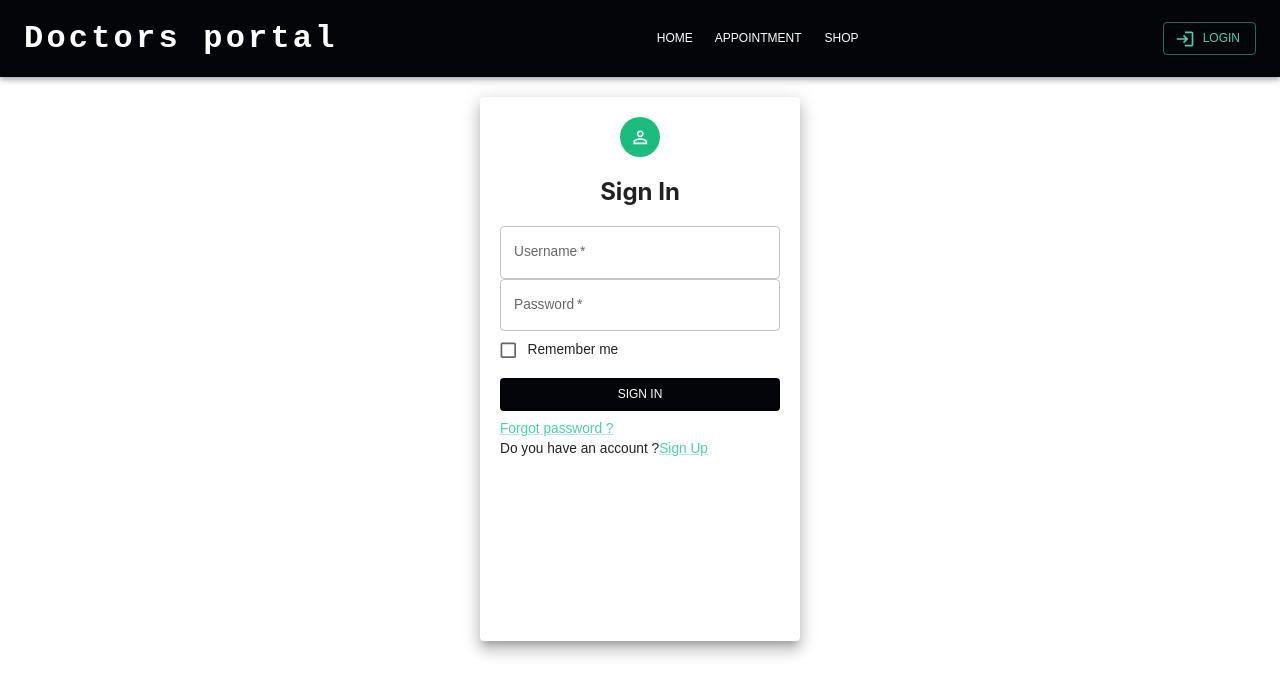
Repository: mdrubel02/health-care
Page: /login
These files come from the project's save history. The page is drawn as it stood at one moment and after the next save; the edit follows.
The browser window is 1280 px wide. The pictures show the whole page.
The project was rebuilt for these pictures with package versions that can differ from the ones it lists, and the page was loaded fresh each time. Also part of the build but not shown: src/Pages/Appointment/Appointment.js, src/Pages/Home/Banner/Banner.js, src/Pages/Home/Information/Information.js, src/Pages/Home/Services/Services.js, src/Pages/Home/Home.js, src/Animation/index.js, src/Styles/Product/index.js, src/Pages/Shop/ProductMeta.js and 3 more.

Above is the page before, as saved 2022-11-20 14:37:44.

### src/index.js
import React from 'react';
import ReactDOM from 'react-dom';
import './index.css';
import App from './App';
import reportWebVitals from './reportWebVitals';
import { ColorContextProvider } from './Theme/Theme';

ReactDOM.render(
  <React.StrictMode>
    <ColorContextProvider>
      <App />
    </ColorContextProvider>
  </React.StrictMode>,
  document.getElementById('root')
);

// If you want to start measuring performance in your app, pass a function
// to log results (for example: reportWebVitals(console.log))
// or send to an analytics endpoint. Learn more: https://bit.ly/CRA-vitals
reportWebVitals();

### src/App.js
import { RouterProvider } from 'react-router-dom';
import router from './Layout/router';

function App() {
  return (
    <div>
     <RouterProvider router={router}></RouterProvider>
    </div>
  );
}

export default App;

### src/Theme/Theme.js
import { createTheme, ThemeProvider } from "@mui/material";
import { createContext, useMemo, useState } from "react";

// color design tokens export
export const DrawerWidth = 250;
export const tokens = (mode) => ({
    ...(mode === "dark"
        ? {
            grey: {
                100: "#e0e0e0",
                200: "#c2c2c2",
                300: "#a3a3a3",
                400: "#858585",
                500: "#666666",
                600: "#525252",
                700: "#3d3d3d",
                800: "#292929",
                900: "#141414",
            },
            primary: {
                100: "#d0d1d5",
                200: "#a1a4ab",
                300: "#727681",
                400: "#1F2A40",
                500: "#141b2d",
                600: "#101624",
                700: "#0c101b",
                800: "#080b12",
                900: "#040509",
            },
            greenAccent: {
                100: "#dbf5ee",
                200: "#b7ebde",
                300: "#94e2cd",
                400: "#70d8bd",
                500: "#4cceac",
                600: "#3da58a",
                700: "#2e7c67",
                800: "#1e5245",
                900: "#0f2922",
            },
            redAccent: {
                100: "#f8dcdb",
                200: "#f1b9b7",
                300: "#e99592",
                400: "#e2726e",
                500: "#db4f4a",
                600: "#af3f3b",
                700: "#832f2c",
                800: "#58201e",
                900: "#2c100f",
            },
            blueAccent: {
                100: "#e1e2fe",
                200: "#c3c6fd",
                300: "#a4a9fc",
                400: "#868dfb",
                500: "#6870fa",
                600: "#535ac8",
                700: "#3e4396",
                800: "#2a2d64",
                900: "#151632",
            },
        }
        : {
            grey: {
                100: "#141414",
                200: "#292929",
                300: "#3d3d3d",
                400: "#525252",
                500: "#666666",
                600: "#858585",
                700: "#a3a3a3",
                800: "#c2c2c2",
                900: "#e0e0e0",
            },
            primary: {
                100: "#040509",
                200: "#080b12",
                300: "#0c101b",
                400: "#f2f0f0", // manually changed
                500: "#141b2d",
                600: "#1F2A40",
                700: "#727681",
                800: "#a1a4ab",
                900: "#d0d1d5",
            },
            greenAccent: {
                100: "#0f2922",
                200: "#1e5245",
                300: "#2e7c67",
                400: "#3da58a",
                500: "#4cceac",
                600: "#70d8bd",
                700: "#94e2cd",
                800: "#b7ebde",
                900: "#dbf5ee",
            },
            redAccent: {
                100: "#2c100f",
                200: "#58201e",
                300: "#832f2c",
                400: "#af3f3b",
                500: "#db4f4a",
                600: "#e2726e",
                700: "#e99592",
                800: "#f1b9b7",
                900: "#f8dcdb",
            },
            blueAccent: {
                100: "#151632",
                200: "#2a2d64",
                300: "#3e4396",
                400: "#535ac8",
                500: "#6870fa",
                600: "#868dfb",
                700: "#a4a9fc",
                800: "#c3c6fd",
                900: "#e1e2fe",
            },
        }),
});

// mui theme settings
export const themeSettings = (mode) => {
    const colors = tokens(mode);
    return {
        palette: {
            mode: mode,
            ...(mode === "dark"
                ? {
                    // palette values for dark mode
                    primary: {
                        main: colors.primary[500],
                    },
                    secondary: {
                        main: colors.greenAccent[500],
                    },
                    neutral: {
                        dark: colors.grey[700],
                        main: colors.grey[500],
                        light: colors.grey[100],
                    },
                    background: {
                        default: colors.primary[500],
                    },
                }
                : {
                    // palette values for light mode
                    primary: {
                        main: colors.primary[100],
                    },
                    secondary: {
                        main: colors.greenAccent[500],
                    },
                    neutral: {
                        dark: colors.grey[700],
                        main: colors.grey[500],
                        light: colors.grey[100],
                    },
                    background: {
                        default: "#fcfcfc",
                    },
                }),
        },
        components: {

            MuiButton: {
                defaultProps: {
                    disableRipple: true,
                    disableElevation: true,
                    styleOverrides: {
                        textDecoration: 'none',
                        "&:hover": {
                            color: "#fff"
                        }
                    },
                },
                MuiTooltip: {
                    defaultProps: {
                      arrow: true,
                    },
                    styleOverrides: {
                      tooltip: {
                        background: '',
                      },
                      arrow: {
                        color: '',
                      },
                    },
                  },
            },
            MuiDrawer: {
                styleOverrides: {
                  paper: {
                    width: DrawerWidth,
                    background: '',
                    color: '',
                    borderRadius: '0px 100px 0px 0px',
                    borderRight: `1px solid `
                  }
                }
              },
              MuiDivider: {
                styleOverrides: {
                  root: {
                    borderColor: 'gray'
                  }
                }
              },
        },
        typography: {
            fontFamily: ["Source Sans Pro", "sans-serif"].join(","),
            fontSize: 12,
            h1: {
                fontFamily: ["Source Sans Pro", "sans-serif"].join(","),
                fontSize: 40,
            },
            h2: {
                fontFamily: ["Source Sans Pro", "sans-serif"].join(","),
                fontSize: 32,
            },
            h3: {
                fontSize: '1.3rem',
                letterSpacing: '0rem',
                '@media (min-width:600px)': {
                  fontSize: '2rem',
                },
            },
            h4: {
                fontFamily: ["Source Sans Pro", "sans-serif"].join(","),
                fontSize: 20,
            },
            h5: {
                fontFamily: ["Source Sans Pro", "sans-serif"].join(","),
                fontSize: 16,
            },
            h6: {
                fontFamily: ["Source Sans Pro", "sans-serif"].join(","),
                fontSize: 14,
            },
        },
    };
};

export const ColorModeContext = createContext({
    toggleMode: () => { },
    mode: "light"
})


export const ColorContextProvider = ({ children }) => {
    const [mode, setMode] = useState("light")

    const colorMode = useMemo(() => ({
        toggleMode: () => setMode(prevMode => prevMode === "light" ? "dark" : "light"),
        mode
    }), [mode])
    const theme = useMemo(() => createTheme(themeSettings(mode)), [mode]);

    return (
        <ColorModeContext.Provider value={colorMode}>
            <ThemeProvider theme={theme}>
                {children}
            </ThemeProvider>
        </ColorModeContext.Provider>
    )
}

### src/Layout/router.js
import { createBrowserRouter } from "react-router-dom";
import Appointment from "../Pages/Appointment/Appointment";
import Home from "../Pages/Home/Home";
import Login from "../Pages/Login/Login";
import Shop from "../Pages/Shop/Shop";
import Main from "./Main";


const router = createBrowserRouter([{
    path: '/',
    element: <Main/>,
    children: [
        {path: '/',element: <Home/>},
        {path: '/home',element: <Home/>},
        {path: '/appointment',element: <Appointment/>},
        {path: '/shop',element: <Shop/>},
        {path: '/login',element: <Login/>},
    ]
}])
export default router;

### src/Pages/Login/Login.js
import { Avatar, Button, Checkbox, FormControlLabel, Grid, Link, Paper, styled, TextField, Typography } from '@mui/material';
import PersonOutlineIcon from '@mui/icons-material/PersonOutline';
import React from 'react';



const LoginPaper = styled(Paper)(({ theme }) => ({
    padding: '20px',
    height: '70vh',
    width: '280px',
    margin: '20px auto',
    [theme.breakpoints.down("md")]: {
        height: '40vh',
        marginTop: '0.5rem'
    },
}));
const Login = () => {

    // const paperStyle={padding :20,height:'70vh',width:280, margin:"20px auto"}
    const avatarStyle = { backgroundColor: '#1bbd7e' }
    const btnstyle = { margin: '8px 0' }
    return (
        <Grid>
            <LoginPaper elevation={10}
                sx={{ height: '70vh', width: '280px', margin: '20px auto' }}
            >
                <Grid align='center'>
                    <Avatar style={avatarStyle}><PersonOutlineIcon /></Avatar>
                    <h2>Sign In</h2>
                </Grid>
                <form>
                    <TextField pb={5}
                    sx={{}}
                    label='Username' placeholder='Enter username' fullWidth required />
                    <TextField label='Password' placeholder='Enter password' type='password' fullWidth required />
                    <FormControlLabel
                        control={
                            <Checkbox
                                name="checkedB"
                                color="secondary"
                            />
                        }
                        label="Remember me"
                    />
                    <Button type='submit' color='primary' variant="contained" style={btnstyle} fullWidth>Sign in</Button>
                </form>
                <Typography color={'secondary'}>
                    <Link href="#" color={'secondary'} >
                        Forgot password ?
                    </Link>
                </Typography>
                <Typography > Do you have an account ?
                    <Link href="#" color={'secondary'}>
                        Sign Up
                    </Link>
                </Typography>
            </LoginPaper>
        </Grid>
    );
};

export default Login;

### src/Layout/Main.js
import React from 'react';
import { Outlet } from 'react-router-dom';
import Header from '../Pages/Header/Header';

const Main = () => {
    return (
        <div>
           <Header/>
           <Outlet/>

        </div>
    );
};

export default Main;

### src/Pages/Header/Header.js
import { AppBar, Avatar, Box, Button, Container, IconButton, Menu, MenuItem, Toolbar, Tooltip, Typography, useTheme } from '@mui/material';
import AdbIcon from '@mui/icons-material/Adb';
import MenuIcon from '@mui/icons-material/Menu';
import { Link as RouterLink } from 'react-router-dom';
import React, { useState } from 'react';
import { tokens } from '../../Theme/Theme';
// import { Link } from 'react-router-dom';
import LoginIcon from '@mui/icons-material/Login';
import './Header.css'


const settings = ['Profile', 'Account', 'Dashboard', 'Logout'];

const Header = () => {
    const theme = useTheme();
    const colors = tokens(theme.palette.mode);
    const [anchorElNav, setAnchorElNav] = useState(null);
    const [anchorElUser, setAnchorElUser] = useState(null);

    const items = <React.Fragment>
        <Button sx={{ color: 'white' }} component={RouterLink} to="/home">Home</Button>
        <Button sx={{ color: 'white' }} component={RouterLink} to="/appointment">Appointment</Button>
        <Button sx={{ color: 'white' }} component={RouterLink} to="/shop">Shop</Button>
    </React.Fragment>

    const handleOpenNavMenu = (event) => {
        setAnchorElNav(event.currentTarget);
    };
    const handleOpenUserMenu = (event) => {
        setAnchorElUser(event.currentTarget);
    };

    const handleCloseNavMenu = () => {
        setAnchorElNav(null);
    };

    const handleCloseUserMenu = () => {
        setAnchorElUser(null);
    };
    return (
        <AppBar position="static">
            <Container maxWidth="xl">
                <Toolbar disableGutters>

                    <Typography
                        variant="h3"
                        noWrap
                        component="a"
                        href="/"
                        sx={{
                            mr: 2,
                            display: { xs: 'none', md: 'flex' },
                            fontFamily: 'monospace',
                            fontWeight: 700,
                            letterSpacing: '.2rem',
                            color: 'inherit',
                            textDecoration: 'none',
                        }}
                    >
                        Doctors portal
                    </Typography>

                    <Box className='middle' sx={{ flexGrow: 1, display: { xs: 'flex', md: 'none' }, justifyContent: 'center' }}>
                        <IconButton
                            size="large"
                            aria-label="account of current user"
                            aria-controls="menu-appbar"
                            aria-haspopup="true"
                            onClick={handleOpenNavMenu}
                            color="inherit"
                        >
                            <MenuIcon />
                        </IconButton>
                        <Menu
                            id="menu-appbar"
                            anchorEl={anchorElNav}
                            anchorOrigin={{
                                vertical: 'bottom',
                                horizontal: 'left',
                            }}
                            keepMounted
                            transformOrigin={{
                                vertical: 'top',
                                horizontal: 'left',
                            }}
                            open={Boolean(anchorElNav)}
                            onClose={handleCloseNavMenu}
                            sx={{
                                display: { xs: 'block', md: 'none' },
                            }}
                        >

                            <MenuItem onClick={handleCloseNavMenu}>
                                <Typography variant="h5" sx={{ color: 'withe' }} textAlign="center">{items}</Typography>
                            </MenuItem>

                        </Menu>
                    </Box>

                    <Typography
                        variant="h3"
                        noWrap
                        component="a"
                        href=""
                        sx={{
                            mr: 2,
                            display: { xs: 'flex', md: 'none' },
                            flexGrow: 1,
                            fontFamily: 'monospace',
                            fontWeight: 700,
                            letterSpacing: '.3rem',
                            color: 'inherit',
                            textDecoration: 'none',
                        }}
                    >
                        Doctors portal
                    </Typography>
                    <Box sx={{ flexGrow: 1, display: { xs: 'none', md: 'flex' } }}>

                        <Button

                            onClick={handleCloseNavMenu}
                            sx={{ color: `${colors.grey[400]} !important`, my: 2, display: 'block' }}
                        >
                            {items}
                        </Button>

                    </Box>





                    <Box sx={{ flexGrow: 0 }}>
                        <Button
                            color='secondary'
                            variant="outlined" component={RouterLink} to='/login' startIcon={<LoginIcon />}>
                            Login
                        </Button>
                        {/* <Tooltip title="Open settings">
                            <IconButton onClick={handleOpenUserMenu} sx={{ p: 0 }}>
                                <Avatar alt="Remy Sharp" src="/static/images/avatar/2.jpg" />
                            </IconButton>
                        </Tooltip>
                        <Menu
                            sx={{ mt: '45px' }}
                            id="menu-appbar"
                            anchorEl={anchorElUser}
                            anchorOrigin={{
                                vertical: 'top',
                                horizontal: 'right',
                            }}
                            keepMounted
                            transformOrigin={{
                                vertical: 'top',
                                horizontal: 'right',
                            }}
                            open={Boolean(anchorElUser)}
                            onClose={handleCloseUserMenu}
                        >
                            {settings.map((setting) => (
                                <MenuItem key={setting} onClick={handleCloseUserMenu}>
                                    <Typography textAlign="center">{setting}</Typography>
                                </MenuItem>
                            ))}
                        </Menu> */}
                    </Box>
                </Toolbar>
            </Container>
        </AppBar>
    );
};

export default Header;

### src/Pages/Header/Header.css
.lip{
    color: white;
}
.css-1t6c9ts{
    justify-content: center;
}

Loaded but not shown: public/index.html (common file); src/index.css (common file); src/reportWebVitals.js (common file)

After the next save:
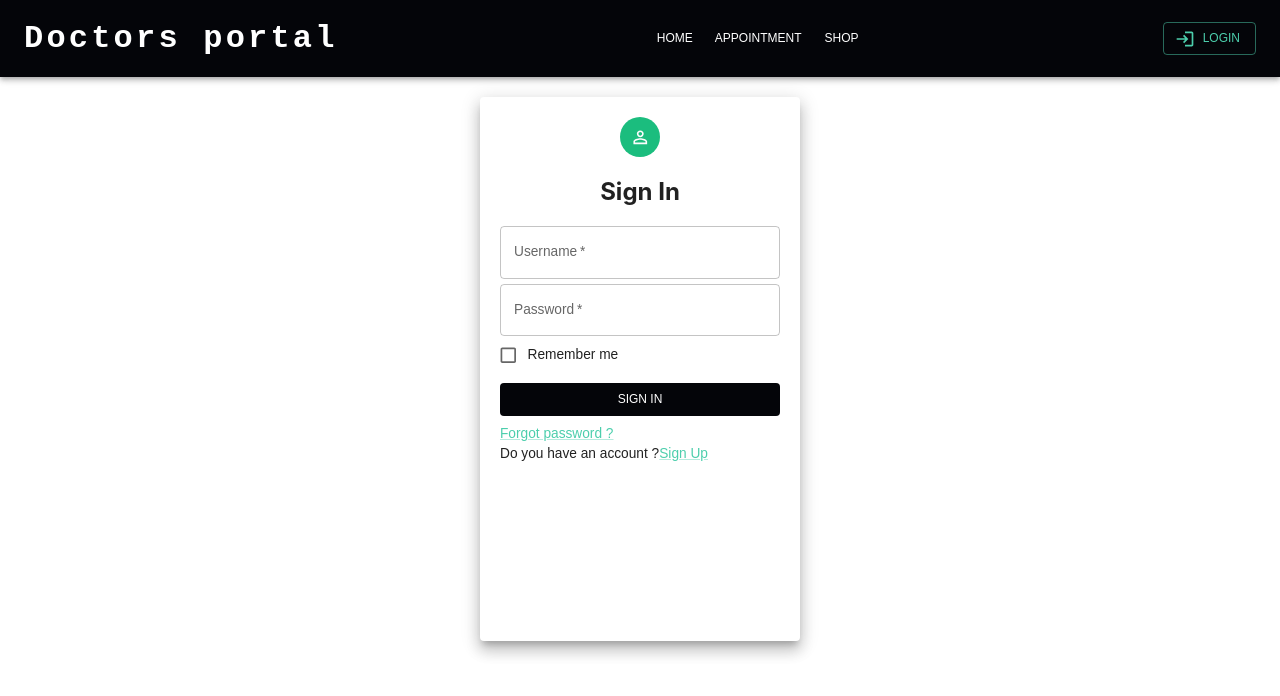
Saved 85 s later.
--- a/src/Pages/Login/Login.js
+++ b/src/Pages/Login/Login.js
@@ -30,7 +30,7 @@ const Login = () => {
                 </Grid>
                 <form>
                     <TextField pb={5}
-                    sx={{}}
+                    sx={{paddingBottom:'5px'}}
                     label='Username' placeholder='Enter username' fullWidth required />
                     <TextField label='Password' placeholder='Enter password' type='password' fullWidth required />
                     <FormControlLabel
